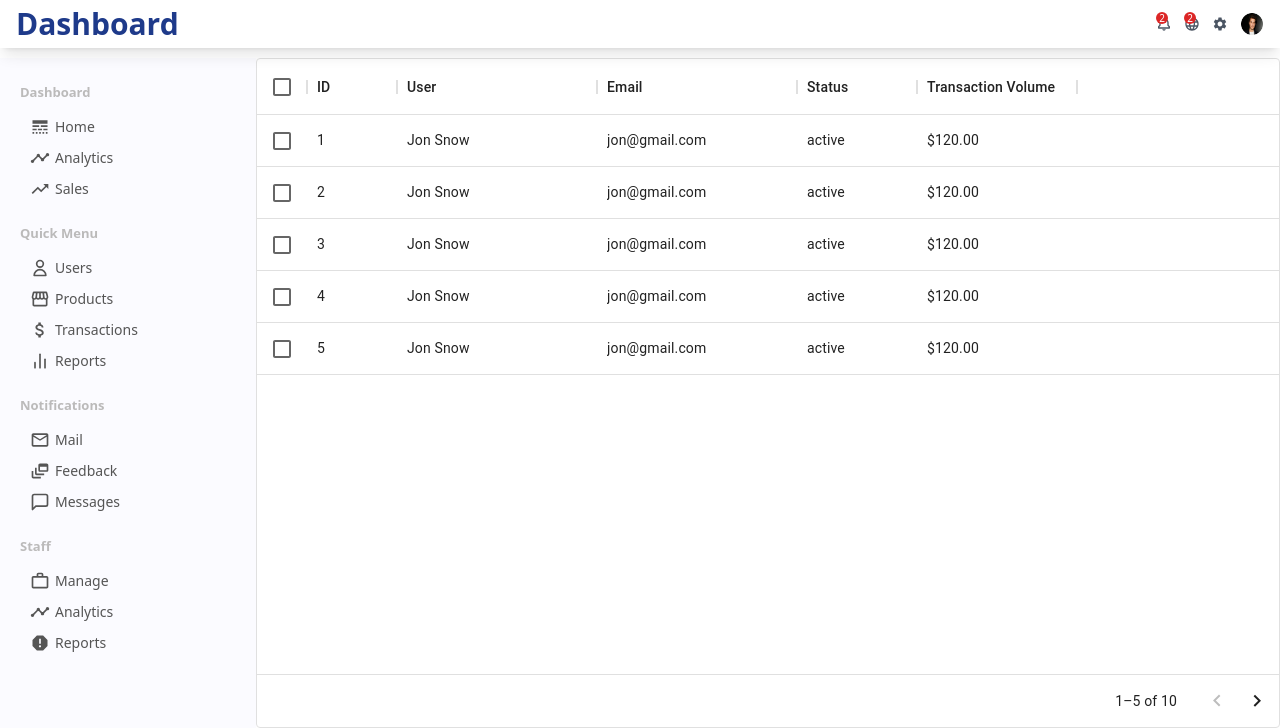
Repository: nation430/React-AdminDashboard
Page: /users
The author's editor kept a copy of each file at every save. The page is drawn from the files as they stood at one save, then again after the next save.
The browser window is 1280 px wide. The pictures show the whole page.
The project was rebuilt for these pictures with package versions that can differ from the ones it lists, and the page was loaded fresh each time. Also part of the build but not shown: src/pages/home/home.css, src/components/featuredInfo/featuredInfo.css, src/components/featuredInfo/FeaturedInfo.jsx, src/components/chart/chart.css, src/components/chart/Chart.jsx, src/dummyData.js, src/components/widgetSm/widgetSm.css, src/components/widgetSm/WidgetSm.jsx and 3 more.

Above is the page before, as saved 2022-08-23 13:32:33.

### public/index.html
<!DOCTYPE html>
<html lang="en">
  <head>
    <meta charset="utf-8" />
    <meta name="viewport" content="width=device-width, initial-scale=1" />
    <meta name="theme-color" content="#000000" />
    <meta
      name="description"
      content="Web site created using create-react-app"
    />
    <link rel="preconnect" href="https://fonts.googleapis.com" />
    <link rel="preconnect" href="https://fonts.gstatic.com" crossorigin />
    <link
      href="https://fonts.googleapis.com/css2?family=Source+Sans+Pro:wght@200;300;400;600;700&display=swap"
      rel="stylesheet"
    />

    <title>React Admin Dashboard</title>
  </head>
  <body>
    <noscript>You need to enable JavaScript to run this app.</noscript>
    <div id="root"></div>
  </body>
</html>

### src/index.css
@tailwind base;
h1 {
  @apply text-2xl;
}
h2 {
  @apply text-xl;
}
h3 {
  @apply text-lg;
}
@tailwind components;
@tailwind utilities;

* {
  margin: 0;
  padding:0;
  box-sizing: border-box;

}

### src/App.js
import Topbar from "./components/topbar/Topbar";
import Sidebar from "./components/sidebar/Sidebar";
import Home from "./pages/home/Home";
import "./app.css";
import { BrowserRouter as Router, Routes, Route } from "react-router-dom";
import UserList from "./pages/home/userList/UserList";

function App() {
  return (
    <Router>
      <Topbar />
      <div className="wrapper flex h-full">
        <Sidebar />
        <Routes>
          <Route exact path="/">
            <Route path="/" element={<Home />} />
            <Route path="users" element={<UserList />} />
          </Route>
        </Routes>
      </div>
    </Router>
  );
}

export default App;

### src/components/topbar/Topbar.jsx
import React from "react";
import  "./topbar.css";
import { BiBell } from 'react-icons/bi';
import { MdLanguage, MdSettings  } from "react-icons/md";


export default function Topbar () {
    return(
        <div className="topbar w-full h-12 bg-white sticky top-0 z-50 shadow-lg ">
            <div className="topbarWeapper flex items-center justify-between h-full px-4 py-0">
            <div className="topLeft">
                <span className="logo font-bold text-3xl text-blue-900 cursor-pointer ...">Dashboard</span>
            </div>
            <div className="topRight flex items-center">

                {/* First icon  */}
                <div className="topbarIconsContainer relative cursor-pointer ... ml-3 text-gray-600">
                <BiBell />
                <span className="topIconBadge absolute text-white bg-red-600 right-1 -top-1 flex items-center justify-center rounded-full text-xs h-3 w-3">2</span>
                </div>

                   {/*second icon  */}
                <div className="topbarIconsContainer relative cursor-pointer ... ml-3 text-gray-600">
                <MdLanguage />
                <span className="topIconBadge absolute text-white bg-red-600 right-1 -top-1 flex items-center justify-center rounded-full text-xs h-3 w-3">2</span>
                </div>


                    {/*third icon  */}
                <div className="topbarIconsContainer relative cursor-pointer ... mx-3 text-gray-600">
                < MdSettings  />
                </div>

                <img src="images/img.png" alt="BigCo Inc. logo"  className="topAvater w-6 h-6 rounded-full cursor-pointer ..."/>

            </div>
            </div>
        </div>
    )

}

### src/components/sidebar/Sidebar.jsx
import "./sidebar.css";
import { MdLineStyle, MdOutlineTimeline, MdTrendingUp, MdStorefront, MdAttachMoney, MdOutlineMail, MdDynamicFeed, MdWorkOutline, MdReport} from "react-icons/md";
import { HiOutlineUser} from "react-icons/hi";
import { FiBarChart2, FiMessageSquare} from "react-icons/fi";

export default function sidebar(){
    return(
        <div className="sidebar sticky">
        <div className="sidebarWrapper p-5">
            {/* first sidenavbar */}
            <div className="sidebarMenu mb-2.5">
                <h3 className="sidebarTitle">Dashboard</h3>
                <ul className="sidebarList px-4 py-0">
                    <li className="sidebarListItems flex items-center">
                    <MdLineStyle className="sidebarIcon"/>
                    Home
                    </li>

                    <li className="sidebarListItems flex items-center">
                    <MdOutlineTimeline className="sidebarIcon" />
                    Analytics
                    </li>


                    <li className="sidebarListItems flex items-center">
                    <MdTrendingUp className="sidebarIcon" />
                   Sales
                    </li>
                </ul>
            </div>

            {/* second sidenavbar */}
            <div className="sidebarMenu mb-2.5">
                <h3 className="sidebarTitle">Quick Menu</h3>
                <ul className="sidebarList px-4 py-1">
                    <li className="sidebarListItems flex items-center">
                    <HiOutlineUser className="sidebarIcon" />
                    Users
                    </li>

                    <li className="sidebarListItems flex  items-center" >
                    <MdStorefront className="sidebarIcon" />
                    Products
                    </li>

                    <li className="sidebarListItems flex items-center">
                    <MdAttachMoney className="sidebarIcon" />
                   Transactions
                    </li>


                    <li className="sidebarListItems flex items-center">
                    <FiBarChart2 className="sidebarIcon" />
                   Reports
                    </li>
                </ul>
            </div>

                {/* third sidenavbar */}
                <div className="sidebarMenu mb-2.5">
                <h3 className="sidebarTitle">Notifications</h3>
                <ul className="sidebarList px-4 py-1">
                    <li className="sidebarListItems flex items-center">
                    <MdOutlineMail className="sidebarIcon" />
                    Mail
                    </li>

                    <li className="sidebarListItems flex  items-center" >
                    <MdDynamicFeed className="sidebarIcon" />
                    Feedback
                    </li>

                    <li className="sidebarListItems flex items-center">
                    <FiMessageSquare className="sidebarIcon" />
                   Messages
                    </li>
                </ul>
            </div>

                {/* fourth sidenavbar */}
                <div className="sidebarMenu mb-2.5">
                <h3 className="sidebarTitle">Staff</h3>
                <ul className="sidebarList px-4 py-1">
                    <li className="sidebarListItems flex items-center">
                    <MdWorkOutline className="sidebarIcon" />
                    Manage
                    </li>

                    <li className="sidebarListItems flex  items-center" >
                    <MdOutlineTimeline className="sidebarIcon" />
                    Analytics
                    </li>

                    <li className="sidebarListItems flex items-center">
                    <MdReport className="sidebarIcon" />
                   Reports
                    </li>
                </ul>
            </div>
        </div>
        </div>
    )
}

### src/app.css

* {
    margin: 0;
    padding:0;
    box-sizing: border-box;

}


h1{
    font-size: 2em ;
    font-weight: bolder;
}

h2{
    font-size: 1.5em ;
    font-weight: bolder;
}

h3{
    font-size: 1.17em ;
    font-weight: bolder;
}

.wrapper{
    margin-top:10px;
}

### src/pages/home/userList/UserList.jsx
import "./userList.css"
import { DataGrid } from '@mui/x-data-grid';



export default function UserList(){

  const columns = [
    { field: 'id', headerName: 'ID', width: 90 },
    { field: 'user',
     headerName: 'User',
     width: 200,
     renderCell: (params) =>{
      return(
        <div className="userListUser flex items-center">
        <img className="userListImg" src={params.row.avatar} alt="" />
        {params.row.userName}
      </div>
      )
    } },
    { field: 'email', headerName: 'Email', width: 200 },
    {
      field: 'status',
      headerName: 'Status',
      width: 120,
    },
    {
      field: 'transaction',
      headerName: 'Transaction Volume',
      width: 160,
    },

  ];

  const rows = [
    { id: 1,
       userName: 'Jon Snow',
        avater: ' <img src="images/member1.jpg" alt="image" className="wiggetLgImg w-6 h-6 rounded-full object-cover" />',
        email: "jon@gmail.com",
        status: "active" ,
        transaction: "$120.00"
      },

      { id: 2,
        userName: 'Jon Snow',
         avater: ' <img src="images/member1.jpg" alt="image" className="wiggetLgImg w-6 h-6 rounded-full object-cover" />',
         email: "jon@gmail.com",
         status: "active" ,
         transaction: "$120.00"
       },

       { id: 3,
        userName: 'Jon Snow',
         avater: ' <img src="images/member1.jpg" alt="image" className="wiggetLgImg w-6 h-6 rounded-full object-cover" />',
         email: "jon@gmail.com",
         status: "active" ,
         transaction: "$120.00"
       },

       { id: 4,
        userName: 'Jon Snow',
         avater: ' <img src="images/member1.jpg" alt="image" className="wiggetLgImg w-6 h-6 rounded-full object-cover" />',
         email: "jon@gmail.com",
         status: "active" ,
         transaction: "$120.00"
       },

       { id: 5,
        userName: 'Jon Snow',
         avater: ' <img src="images/member1.jpg" alt="image" className="wiggetLgImg w-6 h-6 rounded-full object-cover" />',
         email: "jon@gmail.com",
         status: "active" ,
         transaction: "$120.00"
       },

       { id: 6,
        userName: 'Jon Snow',
         avater: ' <img src="images/member1.jpg" alt="image" className="wiggetLgImg w-6 h-6 rounded-full object-cover" />',
         email: "jon@gmail.com",
         status: "active" ,
         transaction: "$120.00"
       },

       { id: 7,
        userName: 'Jon Snow',
         avater: ' <img src="images/member1.jpg" alt="image" className="wiggetLgImg w-6 h-6 rounded-full object-cover" />',
         email: "jon@gmail.com",
         status: "active" ,
         transaction: "$120.00"
       },

       { id: 8,
        userName: 'Jon Snow',
         avater: ' <img src="images/member1.jpg" alt="image" className="wiggetLgImg w-6 h-6 rounded-full object-cover" />',
         email: "jon@gmail.com",
         status: "active" ,
         transaction: "$120.00"
       },


       { id: 9,
        userName: 'Jon Snow',
         avater: ' <img src="images/member1.jpg" alt="image" className="wiggetLgImg w-6 h-6 rounded-full object-cover" />',
         email: "jon@gmail.com",
         status: "active" ,
         transaction: "$120.00"
       },

       { id: 10,
        userName: 'Jon Snow',
         avater: ' <img src="images/member1.jpg" alt="image" className="wiggetLgImg w-6 h-6 rounded-full object-cover" />',
         email: "jon@gmail.com",
         status: "active" ,
         transaction: "$120.00"
       },

  ];


    return(
        <div className="userList">
          <DataGrid
        rows={rows}
        columns={columns}
        pageSize={5}
        rowsPerPageOptions={[5]}
        checkboxSelection
      />
        </div>
    )
}

### src/components/topbar/topbar.css
.text-xs{
    font-size: 10px;
  }

### src/components/sidebar/sidebar.css
.sidebar{
    flex: 1;
    height: calc(100vh - 50px);
    top:50px;
    background:rgb(251, 251, 255);
}

.sidebarWrapper{
    color: #555;
}

.sidebarTitle{
    font-size: 13px;
    color:rgb(187, 186, 186);
}

.sidebarList{
    padding:5px;
    font-size: 14px;;
}


.sidebarListItems {
    padding:5px;
    cursor: pointer;
    border-radius: 10px;
}

.sidebarListItems.active,
.sidebarListItems:hover{
    background:rgb(228, 228, 250);
}

.sidebarIcon{
    margin-right:5px;
    font-size:20px;
}

### src/pages/home/userList/userList.css
.userList{
    flex: 4;
}

Loaded but not shown: src/index.js (common file); tailwind.config.js (common file)

After the next save:
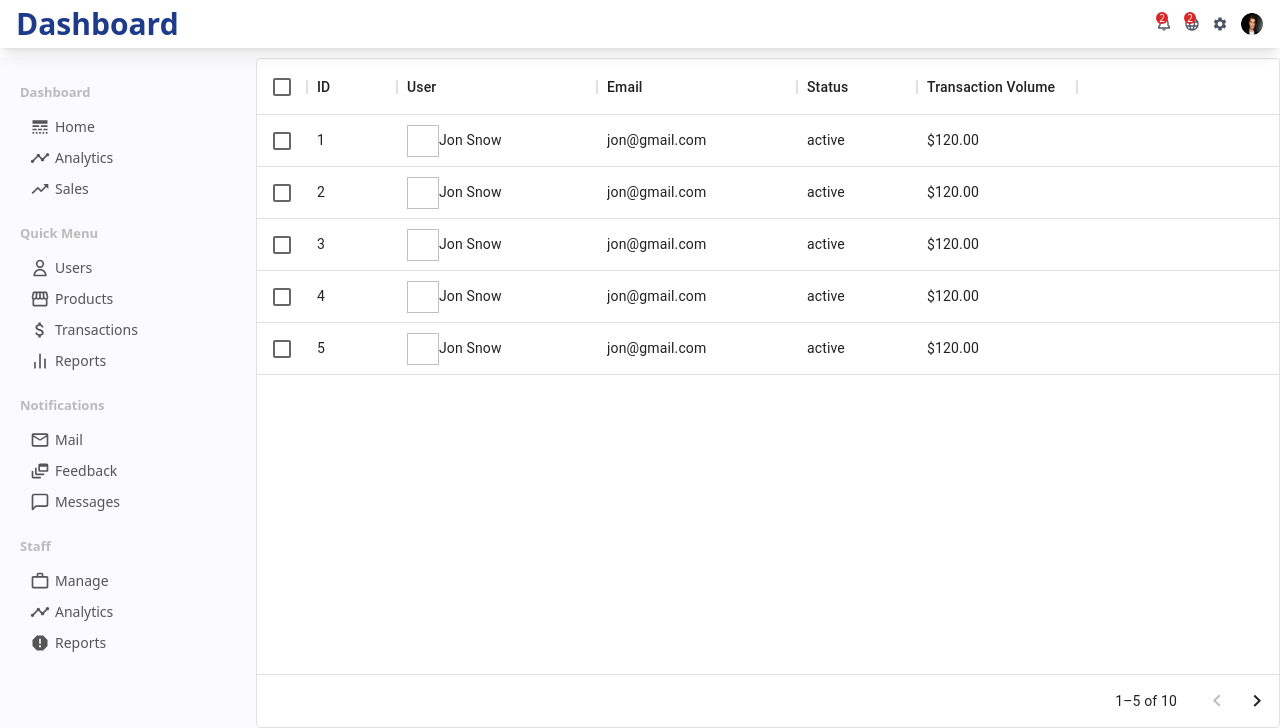
Saved 98 s later.
--- a/src/pages/home/userList/userList.css
+++ b/src/pages/home/userList/userList.css
@@ -1,3 +1,8 @@
 .userList{
     flex: 4;
 }
+
+.userListImg{
+    width: 32px;
+    height: 32px;
+}

After the save that followed:
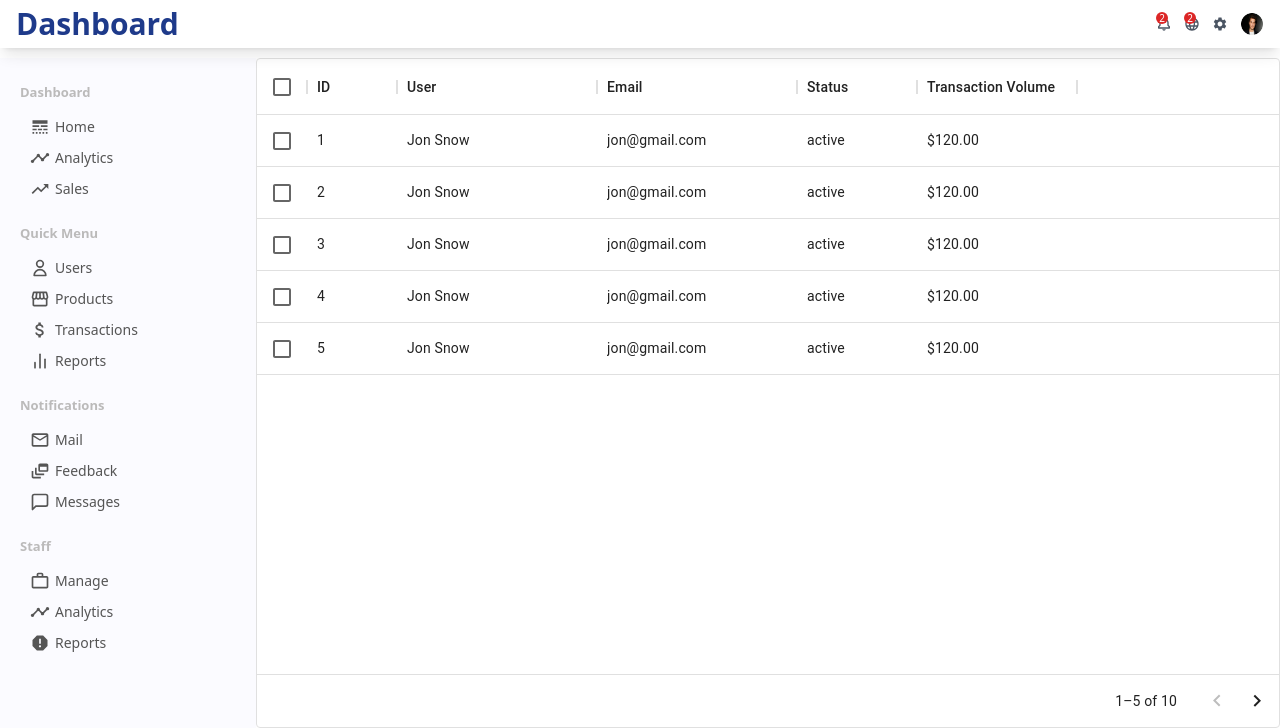
Saved 43 s later.
--- a/src/pages/home/userList/userList.css
+++ b/src/pages/home/userList/userList.css
@@ -1,8 +1,3 @@
 .userList{
     flex: 4;
 }
-
-.userListImg{
-    width: 32px;
-    height: 32px;
-}
